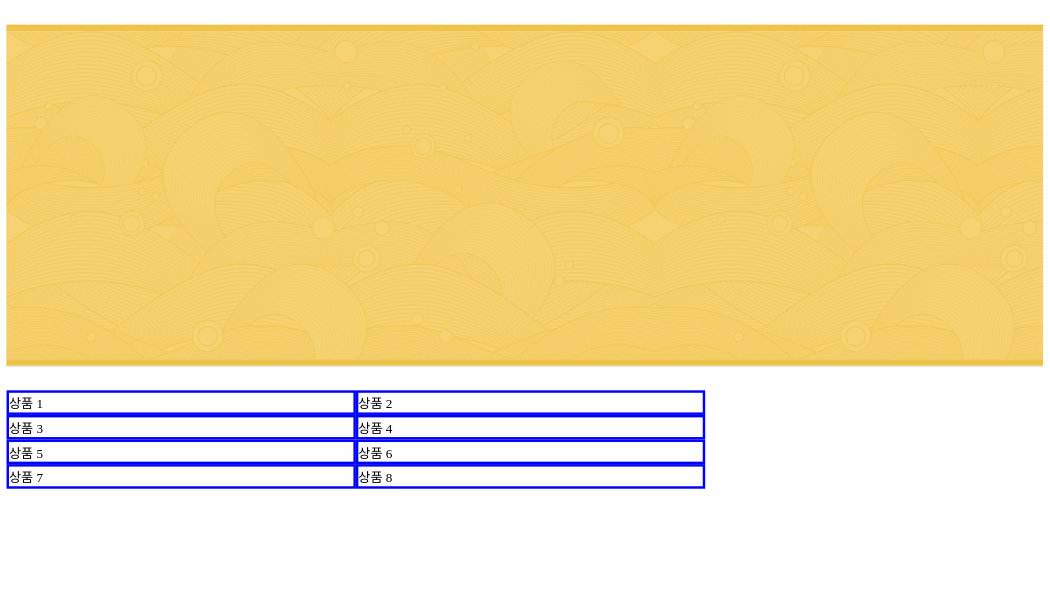
Repository: fellownew/project_workspace
Page: http://localhost/shoppingmall/WEB-INF/view/body/main.jsp
These files come from the project's save history. The page is drawn as it stood at one moment and after the next save; the edit follows.
The browser window is 1280 px wide. The pictures show the whole page, at 82% of full size.
The page is served by Tomcat 9. Nobody is signed in. The template is opened directly, without the code that normally fills it, so the values that code supplies are empty.

Above is the page before, as saved 2015-06-03 08:09:45.

After the next save:
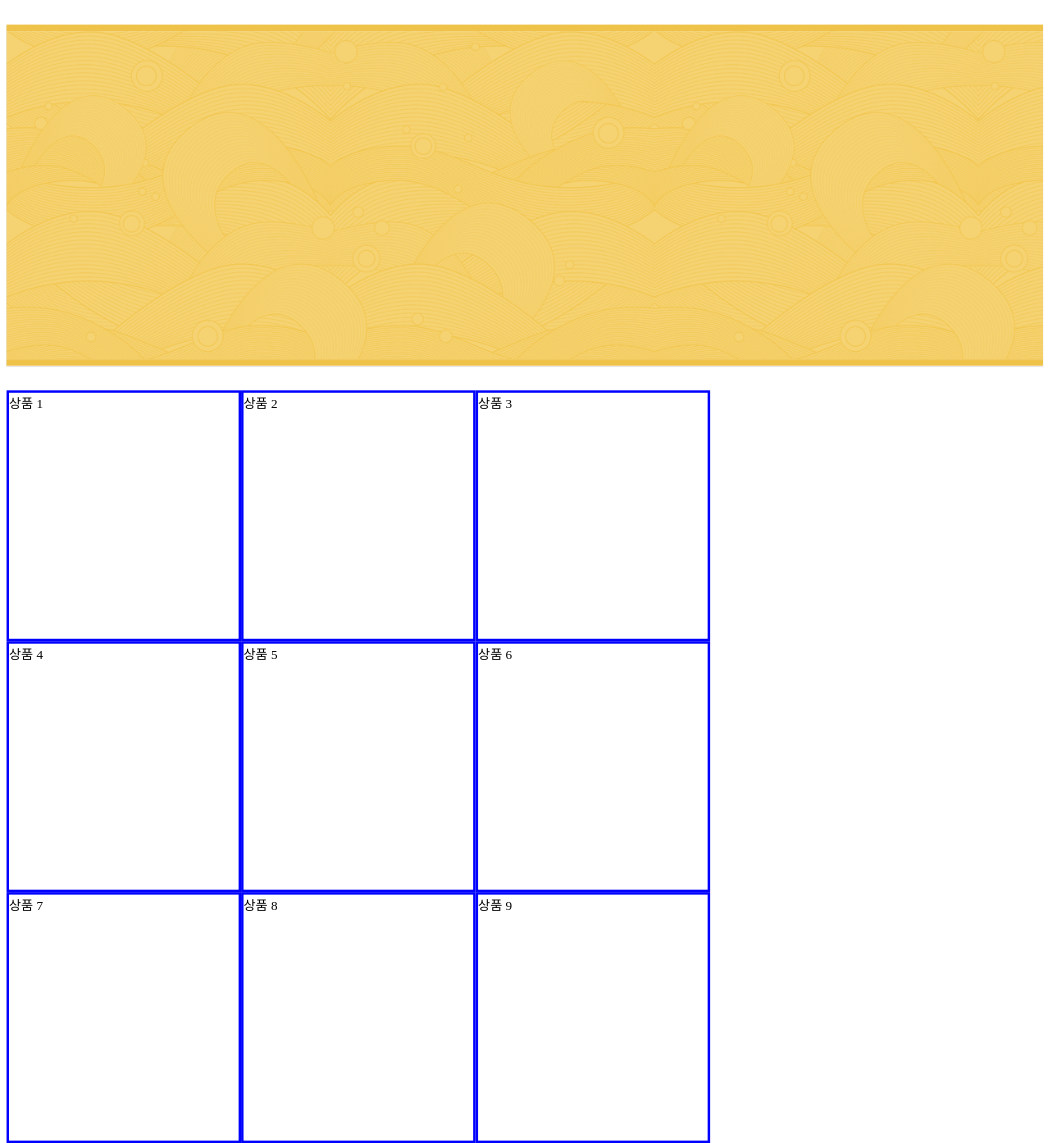
Saved 4 min 14 s later.
--- a/shoppingmall/WebContent/WEB-INF/view/body/main.jsp
+++ b/shoppingmall/WebContent/WEB-INF/view/body/main.jsp
@@ -38,14 +38,16 @@
 			</div>
         </div>
 		<div id="productTable" style="width:900px;margin:0auto">
-			<div style="width:420px;float:left;border-style:solid; ;border-color: blue;">상품 1</div>
-			<div style="width:420px;float:left;border-style:solid; ;border-color: blue;">상품 2</div>
-			<div style="width:420px;float:left;border-style:solid; ;border-color: blue;">상품 3</div>
-			<div style="width:420px;float:left;border-style:solid; ;border-color: blue;">상품 4</div>
-			<div style="width:420px;float:left;border-style:solid; ;border-color: blue;">상품 5</div>
-			<div style="width:420px;float:left;border-style:solid; ;border-color: blue;">상품 6</div>
-			<div style="width:420px;float:left;border-style:solid; ;border-color: blue;">상품 7</div>
-			<div style="width:420px;float:left;border-style:solid; ;border-color: blue;">상품 8</div>
+			<div style="width:280px;height:300px ;float:left;border-style:solid; ;border-color: blue;">상품 1</div>
+			<div style="width:280px;height:300px ;float:left;border-style:solid; ;border-color: blue;">상품 2</div>
+			<div style="width:280px;height:300px ;float:left;border-style:solid; ;border-color: blue;">상품 3</div>
+			<div style="width:280px;height:300px ;float:left;border-style:solid; ;border-color: blue;">상품 4</div>
+			<div style="width:280px;height:300px ;float:left;border-style:solid; ;border-color: blue;">상품 5</div>
+			<div style="width:280px;height:300px ;float:left;border-style:solid; ;border-color: blue;">상품 6</div>
+			<div style="width:280px;height:300px ;float:left;border-style:solid; ;border-color: blue;">상품 7</div>
+			<div style="width:280px;height:300px ;float:left;border-style:solid; ;border-color: blue;">상품 8</div>
+			<div style="width:280px;height:300px ;float:left;border-style:solid; ;border-color: blue;">상품 9</div>
+
 
 		</div>
     </body>
